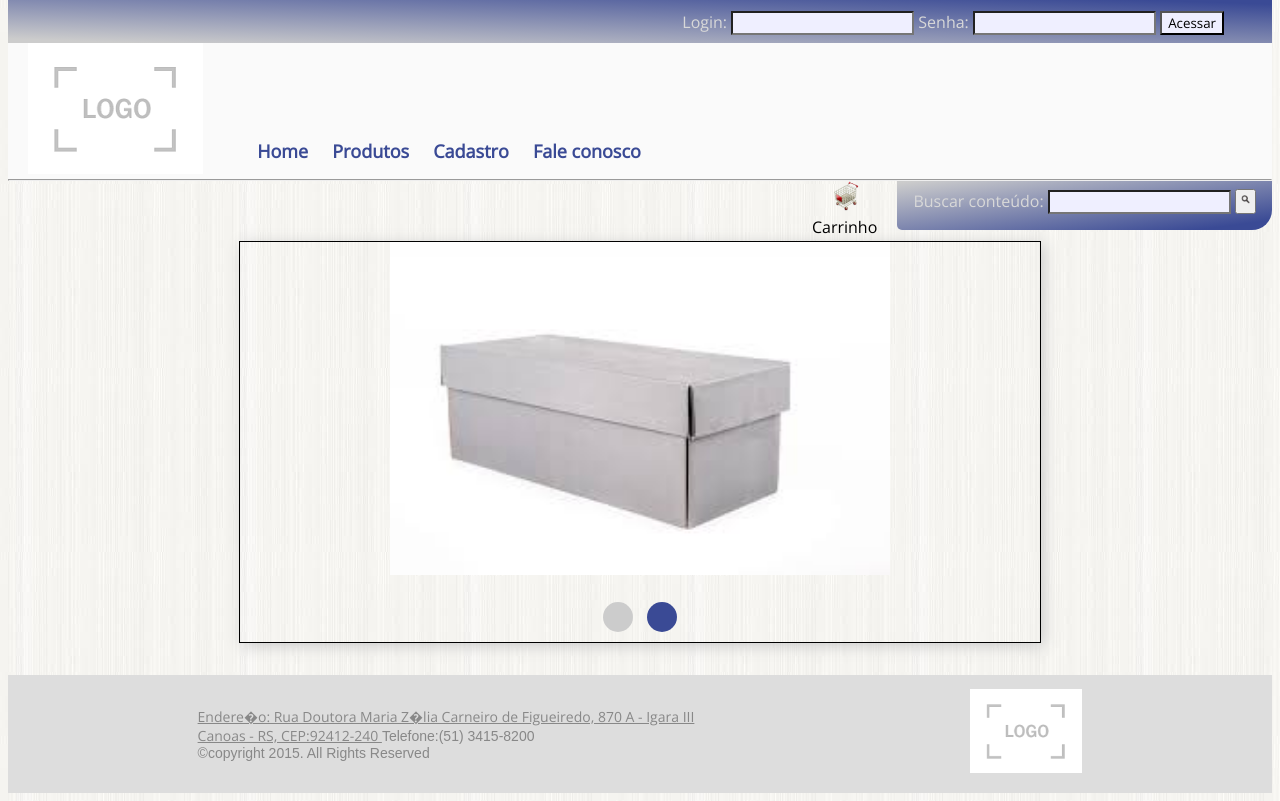
Repository: lauroPereira/study
Page: http://localhost/index.html
An editor plug-in stored every save of this project. The page is shown before and after the next save, followed by the edit.
The browser window is 1280 px wide. The pictures show the whole page.
The page is run by PHP 8.4 with error messages shown; the project is at /var/www/html/.

Above is the page before, as saved 2016-06-16 03:30:19.

After the next save:
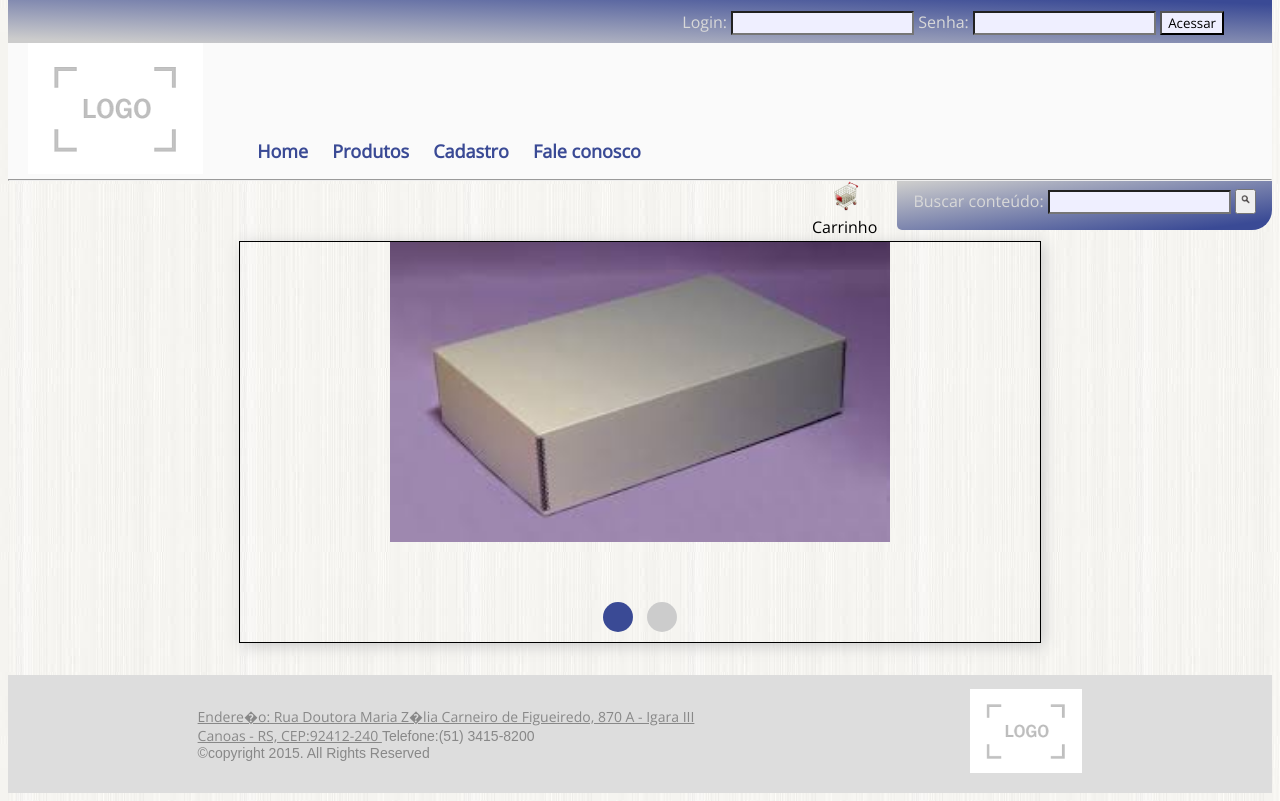
Saved 68 s later.
--- a/TrabalhoFinalWeb/js/script.js
+++ b/TrabalhoFinalWeb/js/script.js
@@ -4,8 +4,8 @@ carousel = (function() {
 	var box = document.querySelector('#carousel');
 	if(!box) return;
 
-	var ChkItem = 0;
-
+	var ChkItem = 1;
+	formataItem(ChkItem);
 	setInterval(function(){ trocaItem(); }, 3000);
 
 	function trocaItem() {
